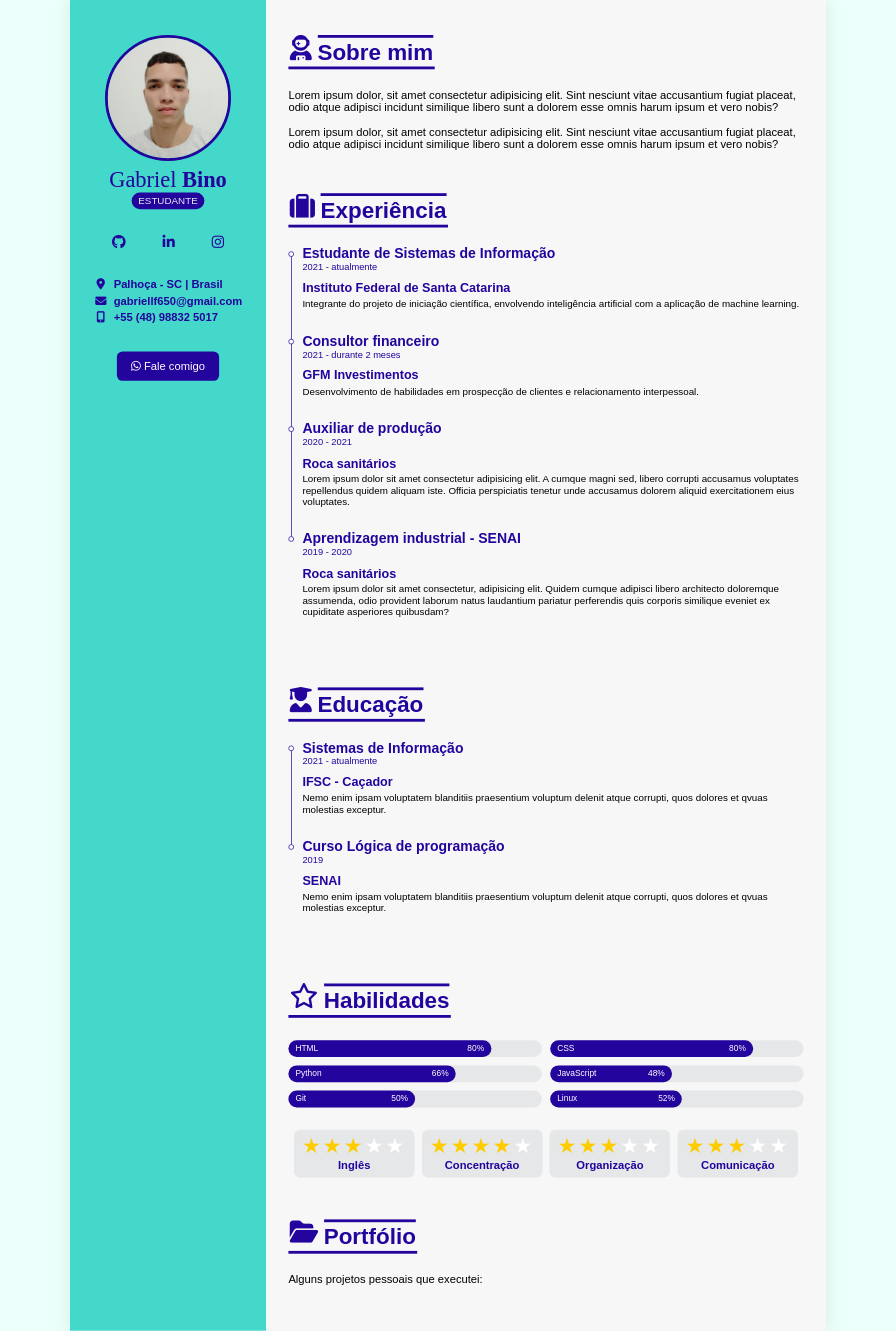
Repository: gabrielbino/projects-dio
Page: curriculoResponsivo/index.html
An editor plug-in stored every save of this project. The page is shown before and after the next save, followed by the edit.
The browser window is 1280 px wide. The pictures show the whole page, at 70% of full size.
Some web libraries are served in a nearby version.

Above is the page before, as saved 2021-10-19 11:49:40.

After the next save:
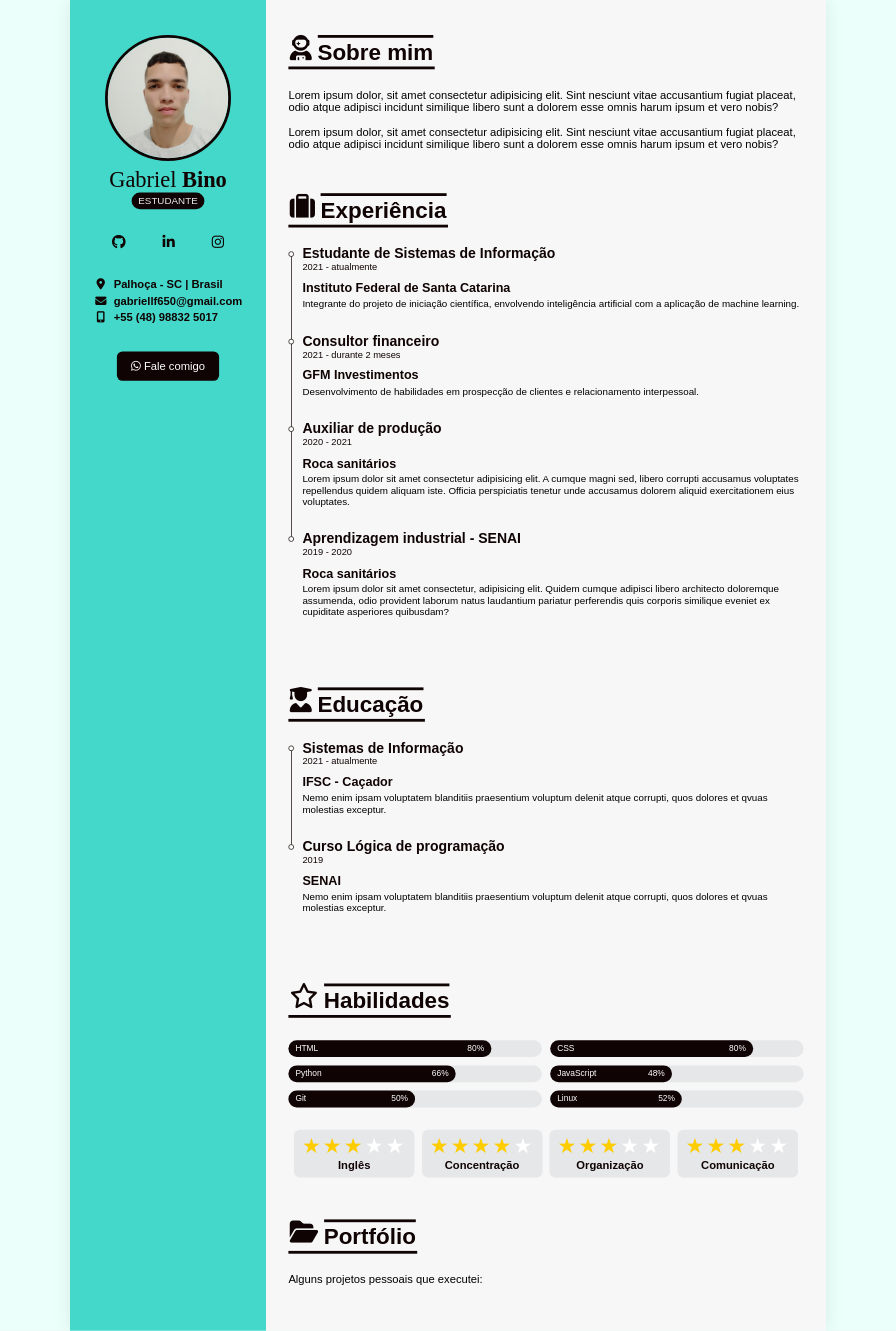
Saved 36 s later.
--- a/curriculoResponsivo/css/style.css
+++ b/curriculoResponsivo/css/style.css
@@ -41,12 +41,12 @@ aside {
 
 .profile-picture {
   border-radius: 50%;
-  border: solid 4px #23049d;
+  border: solid 4px #100303;
   width: 180px;
 }
 
 .title-name {
-  color: #23049d;
+  color: #100303;
   font-family: "Merriweather", serif;
   font-weight: 700;
   margin: 8px 0 0;
@@ -57,7 +57,7 @@ aside {
 }
 
 .subtitle-role {
-  background: #23049d;
+  background: #100303;
   border-radius: 12px;
   color: #e9ebec;
   font-size: 14px;
@@ -76,7 +76,7 @@ aside {
 }
 
 .social-links a {
-  color: #23049d;
+  color: #100303;
 }
 
 .social-links a:hover {
@@ -90,7 +90,7 @@ aside {
 }
 
 .personal-data li {
-  color: #23049d;
+  color: #100303;
   font-weight: 600;
   line-height: 1.5;
 }
@@ -107,7 +107,7 @@ aside {
 }
 
 .download-button {
-  background: #23049d;
+  background: #100303;
   border-radius: 8px;
   color: white;
   display: block;
@@ -129,7 +129,7 @@ article:not(:last-of-type) {
 .article-title-wrapper {
   align-items: center;
   border-bottom: 4px solid;
-  color: #23049d;
+  color: #100303;
   display: inline-flex;
   margin-bottom: 12px;
   padding: 0 2px;
@@ -141,7 +141,7 @@ article:not(:last-of-type) {
 
 .article-title {
   border-top: 4px solid;
-  color: #23049d;
+  color: #100303;
   font-size: 32px;
   font-weight: 800;
   margin: 0 0 2px;
@@ -163,7 +163,7 @@ article:not(:last-of-type) {
 .timeline li::after {
   background-color: #fff;
   border-radius: 50%;
-  border: 1px solid #23049d;
+  border: 1px solid #100303;
   box-sizing: border-box;
   content: "";
   display: inline-block;
@@ -175,7 +175,7 @@ article:not(:last-of-type) {
 }
 
 .timeline li:not(:last-of-type)::before {
-  background-color: #23049d;
+  background-color: #100303;
   content: "";
   height: 100%;
   left: 3.5px;
@@ -185,19 +185,19 @@ article:not(:last-of-type) {
 }
 
 .timeline-title {
-  color: #23049d;
+  color: #100303;
   font-size: 20px;
   margin: -8px 0 0;
 }
 
 .timeline-time {
-  color: #23049d;
+  color: #100303;
   font-weight: 400;
   margin: 0;
 }
 
 .timeline-place {
-  color: #23049d;
+  color: #100303;
   font-size: 18px;
   font-weight: 600;
   margin: 12px 0 4px;
@@ -227,7 +227,7 @@ article:not(:last-of-type) {
 
 .progress-bar {
   align-items: center;
-  background-color: #23049d;
+  background-color: #100303;
   border-radius: 20px;
   color: #fff;
   display: flex;
@@ -272,7 +272,7 @@ article:not(:last-of-type) {
 }
 
 .soft-skill-label {
-  color: #23049d;
+  color: #100303;
   margin: 4px 0 0;
 }
 
